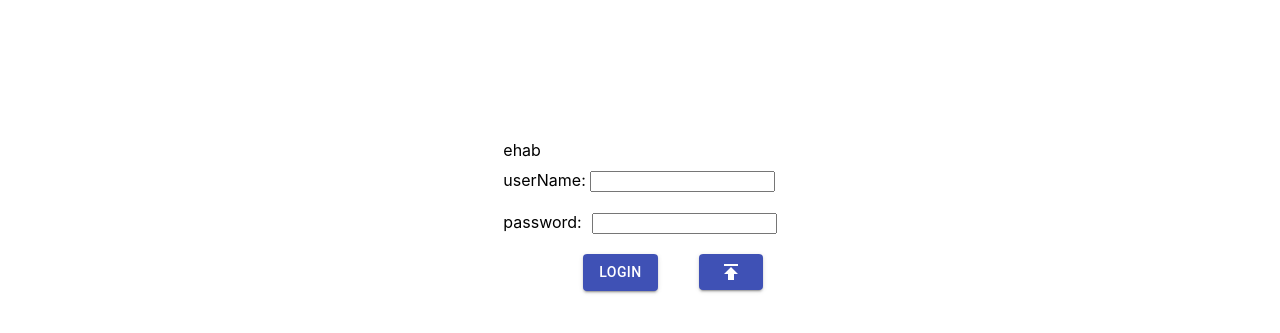
Repository: ehabmelhem/Demotweet-app
Page: /signup
These files come from the project's save history. The page is drawn as it stood at one moment and after the next save; the edit follows.
The browser window is 1280 px wide. The pictures show the whole page.
The project was rebuilt for these pictures with package versions that can differ from the ones it lists, and the page was loaded fresh each time. Also part of the build but not shown: src/Login.js.

Above is the page before, as saved 2021-01-24 01:42:34.

### src/App.js
import React from "react";
import Login from "./Login";
import { useState } from "react";
import SignUp from "./SignUp";

function App() {
  const [users, setUsers] = useState([
    { username: "ehab", password: "123" },
    { username: "abc", password: "13" },
    { username: "abcd", password: "12" },
    { username: "efg", password: "1234" },
  ]);
  return (
    <div className="app">
      {/* LogIn */}
      {/* <Login users={users} /> */}
      {/* Sign Up */}
      <SignUp users={users} setUsers={setUsers} />
    </div>
  );
}

export default App;

### src/SignUp.js
import React from "react";
import "./SignUp.css";
import Icon from "@material-ui/core/Icon";
import Button from "@material-ui/core/Button";
import PublishIcon from "@material-ui/icons/Publish";
function SignUp({ users, setUsers }) {
  return (
    <div className="signUp">
      <label className="messege__success">ehab</label>
      <br />
      <label>userName: </label>
      <input type="text" />
      <br />
      <br />
      <label>password:</label>
      <input className="pass" type="text" />
      <br />
      <div className="groub__buttons">
        <Button className="btn_groub" variant="contained" color="primary">
          Login
        </Button>
        <Button className="btn_groub" variant="contained" color="primary">
          <PublishIcon />
        </Button>
      </div>
    </div>
  );
}

export default SignUp;

### src/Login.css
.login {
  width: fit-content;
  margin: 0 auto;
  position: relative;
  top: 150px;
}
.pass {
  margin-left: 8px;
}
/* .login__div {
  position: relative;
  left: 30px;

  width: fit-content;
  margin: 0 auto;
} */
.btn {
  position: relative;
  top: 10px;
  width: 100%;
}
.send__icon {
  position: relative;
  left: 20px;
}

### src/SignUp.css
.signUp {
  width: fit-content;
  margin: 0 auto;
  position: relative;
  top: 150px;
}
.pass {
  margin-left: 10px;
}
.groub__buttons {
  position: relative;
  top: 20px;
  left: 80px;
  width: 180px !important;
  display: flex;
  align-items: center;
  justify-content: space-between !important;
}
.btn_groub {
  border-radius: 999px;
}
.messege__success {
  position: relative;
  bottom: 10px;
  width: 300px;
}

Loaded but not shown: public/index.html (common file); src/index.js (common file); src/index.css (common file); src/reportWebVitals.js (common file)

After the next save:
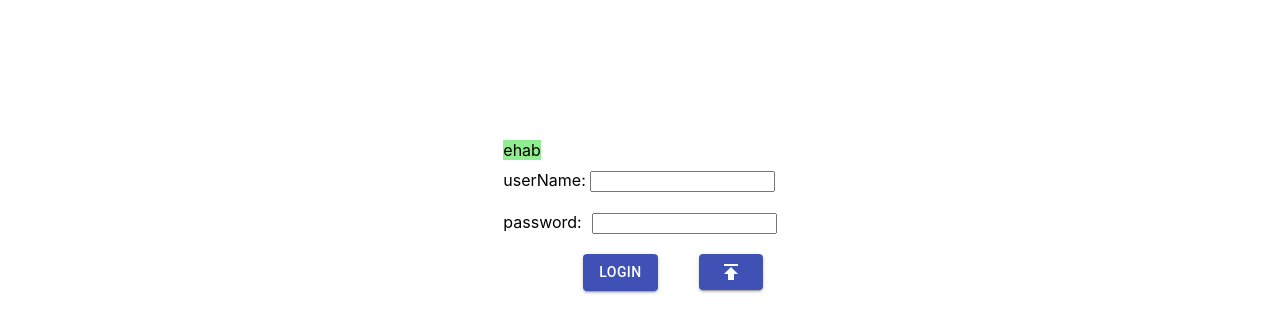
Saved 9 s later.
--- a/src/SignUp.css
+++ b/src/SignUp.css
@@ -23,4 +23,5 @@
   position: relative;
   bottom: 10px;
   width: 300px;
+  background-color: lightgreen;
 }
